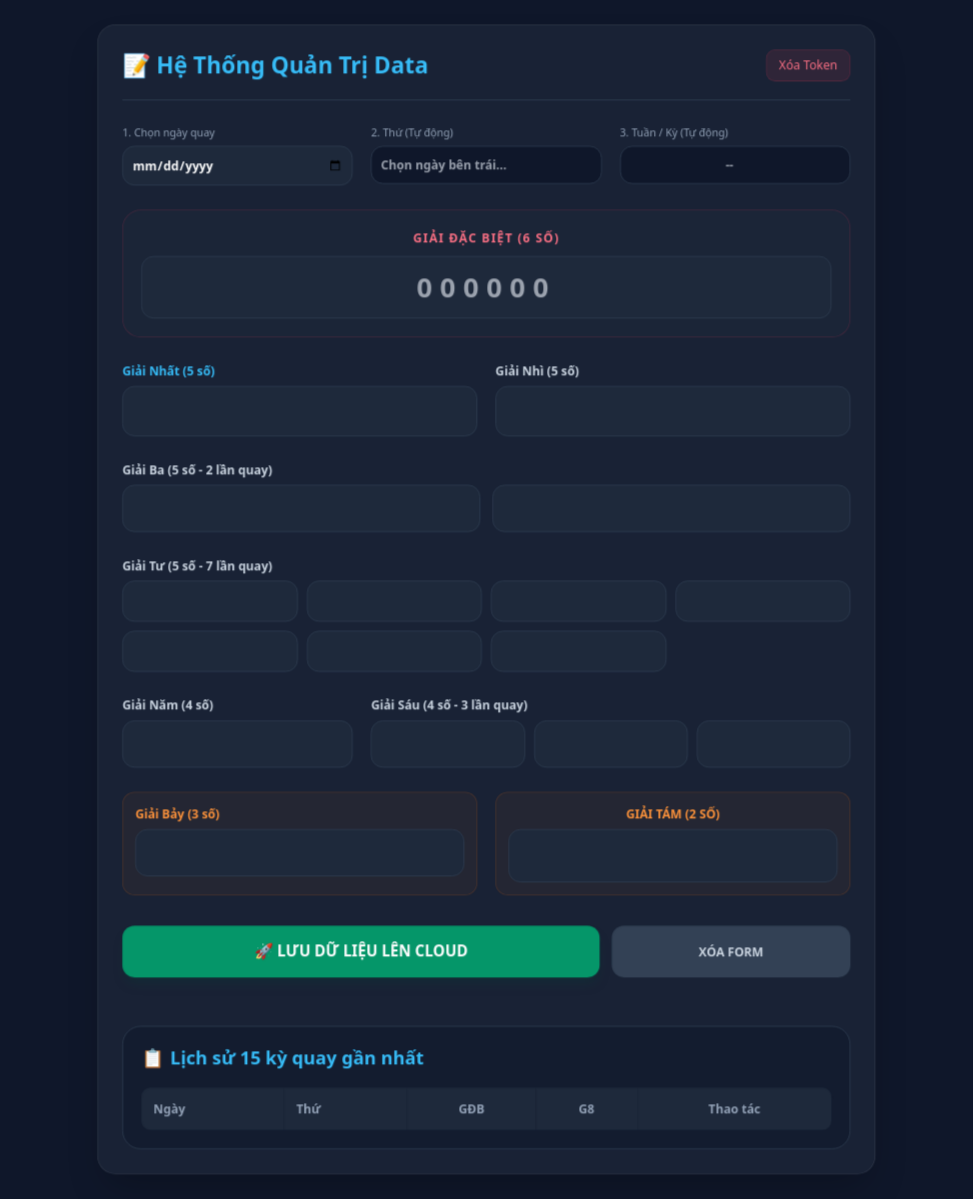
Repository: lannguyen1301/xac-suat-thong-ke-finally
Page: admin.html
An editor plug-in stored every save of this project. The page is shown before and after a run of saves, followed by the edit.
The browser window is 1280 px wide. The pictures show the whole page, at 76% of full size.
Some web libraries are served in a nearby version.

Above is the page before, as saved 2026-05-04 22:28:46.

### admin.html
<!DOCTYPE html>
<html lang="vi">

<head>
    <meta charset="UTF-8" />
    <meta name="viewport" content="width=device-width, initial-scale=1.0" />
    <title>Admin - Nhập Kết Quả Xổ Số TP.HCM</title>
    <script src="https://cdn.tailwindcss.com"></script>
    <style>
        body {
            background: #0f172a;
            color: #f1f5f9;
        }

        .glass-card {
            background: rgba(30, 41, 59, 0.7);
            backdrop-filter: blur(10px);
            border: 1px solid rgba(255, 255, 255, 0.1);
        }

        .input-focus:focus {
            border-color: #38bdf8;
            box-shadow: 0 0 0 3px rgba(56, 189, 248, 0.2);
        }

        input,
        select {
            background: #1e293b !important;
            color: white !important;
            border: 1px solid #334155 !important;
        }

        input[readonly] {
            background: #0f172a !important;
            color: #94a3b8 !important;
            cursor: not-allowed;
        }
    </style>
</head>

<body class="p-4 md:p-8">

    <div class="max-w-5xl mx-auto glass-card rounded-3xl shadow-2xl p-8">
        <div class="flex justify-between items-center mb-8 border-b border-slate-700 pb-6">
            <h1 class="text-3xl font-bold text-sky-400">📝 Hệ Thống Quản Trị Data</h1>
            <button onclick="clearToken()"
                class="px-4 py-2 bg-rose-500/10 text-rose-400 border border-rose-500/20 rounded-xl hover:bg-rose-500 hover:text-white transition">
                Xóa Token
            </button>
        </div>

        <!-- Section 1: Thông tin thời gian -->
        <div class="grid grid-cols-1 md:grid-cols-3 gap-6 mb-8">
            <div>
                <label class="block text-sm font-medium text-slate-400 mb-2">1. Chọn ngày quay</label>
                <input id="date" type="date" class="w-full p-3 rounded-2xl input-focus font-bold">
            </div>
            <div>
                <label class="block text-sm font-medium text-slate-400 mb-2">2. Thứ (Tự động)</label>
                <input id="dayOfWeek" type="text" readonly placeholder="Chọn ngày bên trái..."
                    class="w-full p-3 rounded-2xl font-bold text-emerald-400">
            </div>
            <div>
                <label class="block text-sm font-medium text-slate-400 mb-2">3. Tuần / Kỳ (Tự động)</label>
                <input id="week" type="number" readonly placeholder="--"
                    class="w-full p-3 rounded-2xl font-bold text-sky-400 text-center">
            </div>
        </div>

        <div class="space-y-8">
            <!-- Giải Đặc Biệt -->
            <div class="bg-slate-800/50 p-6 rounded-3xl border border-rose-500/20">
                <label class="block font-semibold text-rose-400 mb-3 text-center uppercase tracking-widest">Giải Đặc
                    Biệt (6 số)</label>
                <input id="GDB" maxlength="6" placeholder="000000"
                    class="w-full p-5 text-4xl text-center font-black text-rose-500 border-2 border-rose-500/30 rounded-2xl input-focus tracking-[10px]">
            </div>

            <div class="grid grid-cols-1 md:grid-cols-2 gap-6">
                <div>
                    <label class="block font-semibold text-sky-400 mb-2">Giải Nhất (5 số)</label>
                    <input id="G1" maxlength="5"
                        class="w-full p-4 text-2xl text-center font-bold border-2 border-sky-500/30 rounded-2xl input-focus">
                </div>
                <div>
                    <label class="block font-semibold text-slate-300 mb-2">Giải Nhì (5 số)</label>
                    <input id="G2" maxlength="5"
                        class="w-full p-4 text-2xl text-center font-bold border rounded-2xl input-focus">
                </div>
            </div>

            <!-- Giải Ba -->
            <div>
                <label class="block font-semibold text-slate-300 mb-2">Giải Ba (5 số - 2 lần quay)</label>
                <div class="grid grid-cols-2 gap-4">
                    <input class="G3 p-4 text-center font-bold border rounded-2xl input-focus text-xl" maxlength="5">
                    <input class="G3 p-4 text-center font-bold border rounded-2xl input-focus text-xl" maxlength="5">
                </div>
            </div>

            <!-- Giải Tư -->
            <div>
                <label class="block font-semibold text-slate-300 mb-2">Giải Tư (5 số - 7 lần quay)</label>
                <div class="grid grid-cols-2 md:grid-cols-4 gap-3">
                    <input class="G4 p-3 text-center font-bold border rounded-2xl input-focus text-lg" maxlength="5">
                    <input class="G4 p-3 text-center font-bold border rounded-2xl input-focus text-lg" maxlength="5">
                    <input class="G4 p-3 text-center font-bold border rounded-2xl input-focus text-lg" maxlength="5">
                    <input class="G4 p-3 text-center font-bold border rounded-2xl input-focus text-lg" maxlength="5">
                    <input class="G4 p-3 text-center font-bold border rounded-2xl input-focus text-lg" maxlength="5">
                    <input class="G4 p-3 text-center font-bold border rounded-2xl input-focus text-lg" maxlength="5">
                    <input class="G4 p-3 text-center font-bold border rounded-2xl input-focus text-lg" maxlength="5">
                </div>
            </div>

            <div class="grid grid-cols-1 md:grid-cols-3 gap-6">
                <div>
                    <label class="block font-semibold text-slate-300 mb-2">Giải Năm (4 số)</label>
                    <input id="G5" maxlength="4"
                        class="w-full p-4 text-center font-bold border rounded-2xl input-focus text-xl">
                </div>
                <div class="md:col-span-2">
                    <label class="block font-semibold text-slate-300 mb-2">Giải Sáu (4 số - 3 lần quay)</label>
                    <div class="grid grid-cols-3 gap-3">
                        <input class="G6 p-4 text-center font-bold border rounded-2xl input-focus text-xl"
                            maxlength="4">
                        <input class="G6 p-4 text-center font-bold border rounded-2xl input-focus text-xl"
                            maxlength="4">
                        <input class="G6 p-4 text-center font-bold border rounded-2xl input-focus text-xl"
                            maxlength="4">
                    </div>
                </div>
            </div>

            <div class="grid grid-cols-2 gap-6">
                <div class="bg-orange-500/5 p-4 rounded-2xl border border-orange-500/20">
                    <label class="block font-semibold text-orange-400 mb-2">Giải Bảy (3 số)</label>
                    <input id="G7" maxlength="3"
                        class="w-full p-4 text-center font-bold border border-orange-500/30 rounded-2xl input-focus text-xl">
                </div>
                <div class="bg-orange-500/5 p-4 rounded-2xl border border-orange-500/20">
                    <label class="block font-semibold text-orange-400 mb-2 text-center uppercase">Giải Tám (2
                        số)</label>
                    <input id="G8" maxlength="2"
                        class="w-full p-4 text-center font-black text-orange-500 border-2 border-orange-500/30 rounded-2xl input-focus text-3xl">
                </div>
            </div>
        </div>

        <div class="mt-10 flex flex-col md:flex-row gap-4">
            <button onclick="saveResult()" id="save-btn"
                class="flex-[2] bg-emerald-600 hover:bg-emerald-500 text-white py-5 rounded-2xl text-xl font-black transition-all shadow-lg shadow-emerald-900/20 active:scale-95">
                🚀 LƯU DỮ LIỆU LÊN CLOUD
            </button>
            <button onclick="clearForm()"
                class="flex-1 bg-slate-700 hover:bg-slate-600 text-slate-300 rounded-2xl font-bold transition-colors">
                XÓA FORM
            </button>
        </div>

        <!-- Bảng lịch sử -->
        <div class="mt-16 bg-slate-900/50 rounded-3xl p-6 border border-slate-700">
            <h2 class="text-2xl font-bold mb-6 text-sky-400 flex items-center">
                <span class="mr-2">📋</span> Lịch sử 15 kỳ quay gần nhất
            </h2>
            <div class="overflow-x-auto rounded-xl">
                <table class="w-full border-collapse" id="history-table">
                    <thead class="bg-slate-800">
                        <tr>
                            <th class="p-4 text-left text-slate-400">Ngày</th>
                            <th class="p-4 text-left text-slate-400">Thứ</th>
                            <th class="p-4 text-center text-slate-400">GĐB</th>
                            <th class="p-4 text-center text-slate-400">G8</th>
                            <th class="p-4 text-center text-slate-400">Thao tác</th>
                        </tr>
                    </thead>
                    <tbody id="table-body" class="divide-y divide-slate-800"></tbody>
                </table>
            </div>
        </div>
    </div>

    <script src="admin-logic.js"></script>
</body>

</html>

### admin-logic.js
document.addEventListener("DOMContentLoaded", function () {
    // 1. Kiểm tra sự tồn tại của các thành phần
    const elements = {
        date: document.getElementById("date"),
        thu: document.getElementById("thu"),
        tuan: document.getElementById("tuan"),
        saveBtn: document.getElementById("save-btn"),
    };

    // Báo lỗi nếu thiếu ID trong HTML
    for (const [key, el] of Object.entries(elements)) {
        if (!el) {
            console.error(
                `❌ LỖI: Không tìm thấy ID "${key === "saveBtn" ? "save-btn" : key}" trong file HTML!`,
            );
        }
    }

    // 2. Logic tự động tính Thứ/Tuần
    if (elements.date) {
        elements.date.addEventListener("change", function () {
            const dateVal = this.value;
            if (!dateVal) return;

            const dateObj = new Date(dateVal);

            // Cập nhật Thứ
            if (elements.thu) {
                const days = [
                    "Chủ Nhật",
                    "Thứ Hai",
                    "Thứ Ba",
                    "Thứ Tư",
                    "Thứ Năm",
                    "Thứ Sáu",
                    "Thứ Bảy",
                ];
                elements.thu.value = days[dateObj.getDay()];
            }

            // Cập nhật Tuần
            if (elements.tuan) {
                const startOfYear = new Date(dateObj.getFullYear(), 0, 1);
                const pastDaysOfYear = (dateObj - startOfYear) / 86400000;
                const weekNum = Math.ceil(
                    (pastDaysOfYear + startOfYear.getDay() + 1) / 7,
                );
                elements.tuan.value = weekNum;
            }
            console.log("✅ Đã tính xong Thứ/Tuần cho:", dateVal);
        });
    }

    // 3. Logic Lưu dữ liệu
    if (elements.saveBtn) {
        elements.saveBtn.addEventListener("click", async function (e) {
            e.preventDefault();
            console.log("🚀 Đang khởi động quy trình lưu...");

            if (!elements.date || !elements.date.value) {
                alert("Bấy bề chưa chọn ngày quay kìa!");
                return;
            }

            // Gọi hàm lưu chính của bấy bề
            if (typeof updateGitHubData === "function") {
                try {
                    elements.saveBtn.disabled = true;
                    elements.saveBtn.innerText = "⌛ ĐANG KẾT NỐI...";

                    // Lấy dữ liệu từ các ô giải thưởng (Dùng querySelector để an toàn hơn)
                    const getVal = (id) => {
                        const el = document.getElementById(id);
                        return el ? el.value : "";
                    };

                    const payload = {
                        date: elements.date.value,
                        thu: elements.thu ? elements.thu.value : "",
                        tuan: elements.tuan ? parseInt(elements.tuan.value) : 0,
                        gdb: getVal("gdb"),
                        g8: getVal("g8"),
                        // Thêm các giải khác ở đây nếu cần bấy bề nhé
                    };

                    await updateGitHubData(payload);

                    elements.saveBtn.disabled = false;
                    elements.saveBtn.innerText = "🚀 LƯU DỮ LIỆU LÊN CLOUD";
                } catch (err) {
                    console.error("Lỗi API:", err);
                    alert("Lỗi rồi bấy bề ơi: " + err.message);
                    elements.saveBtn.disabled = false;
                    elements.saveBtn.innerText = "🚀 THỬ LẠI";
                }
            } else {
                alert(
                    "Không tìm thấy hàm 'updateGitHubData'. Bấy bề kiểm tra lại file script kết nối nhé!",
                );
            }
        });
    }
});

After the next 2 saves:
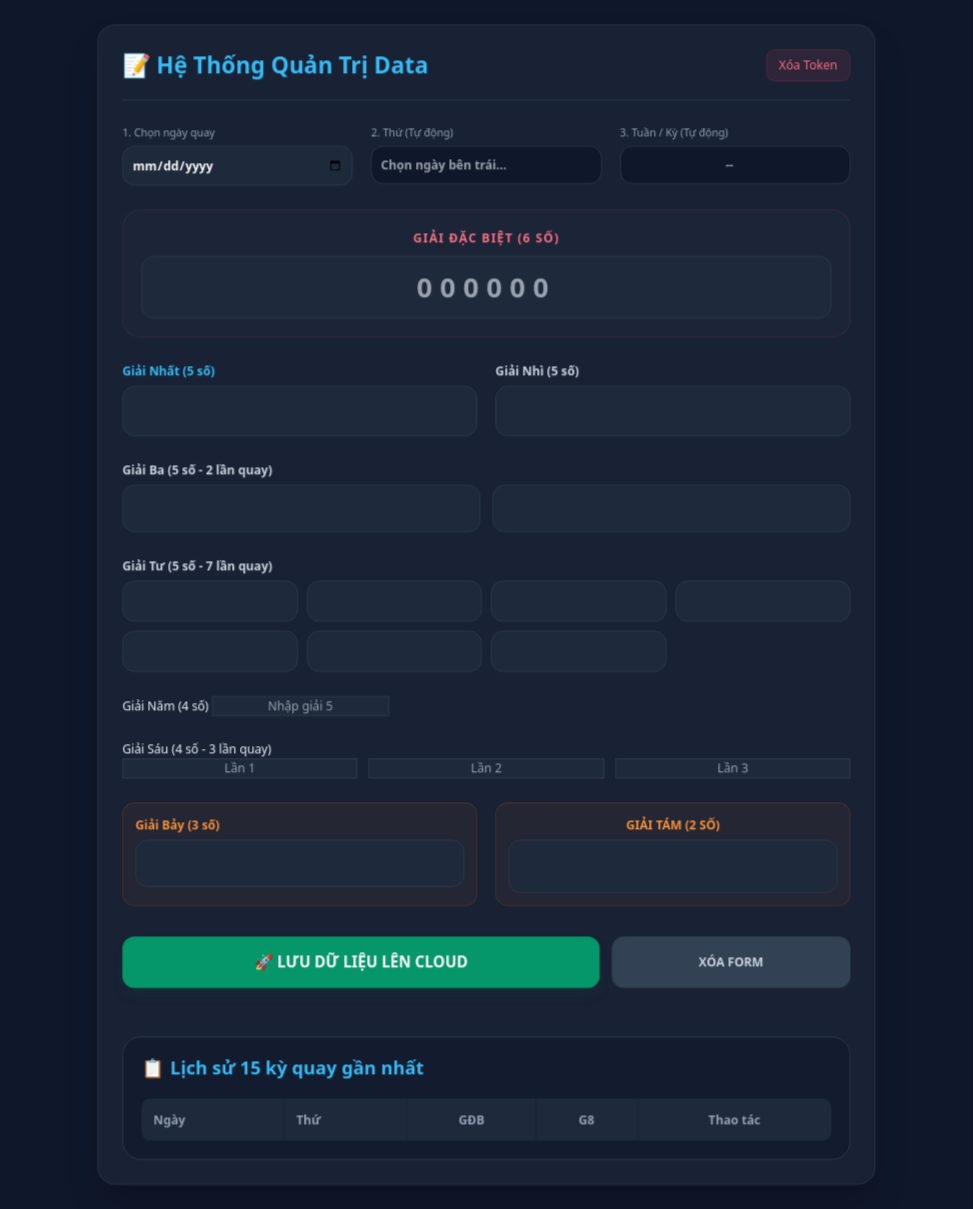
The 2 saves are shown as one change because they came seconds apart.
The last was saved 42 s later.
--- a/admin.html
+++ b/admin.html
@@ -112,7 +112,7 @@
                 </div>
             </div>
 
-            <div class="grid grid-cols-1 md:grid-cols-3 gap-6">
+            <!-- <div class="grid grid-cols-1 md:grid-cols-3 gap-6">
                 <div>
                     <label class="block font-semibold text-slate-300 mb-2">Giải Năm (4 số)</label>
                     <input id="G5" maxlength="4"
@@ -128,6 +128,24 @@
                         <input class="G6 p-4 text-center font-bold border rounded-2xl input-focus text-xl"
                             maxlength="4">
                     </div>
+                </div>
+            </div> -->
+
+
+            <!-- Giải Năm giữ nguyên vị trí cũ (ví dụ đang nằm chung hàng với giải khác) -->
+            <div class="col-md-6 mb-3">
+                <label class="form-label text-warning">Giải Năm (4 số)</label>
+                <input type="text" id="g5" class="form-control text-center" placeholder="Nhập giải 5">
+            </div>
+
+            <!-- TÁCH RIÊNG GIẢI SÁU RA MỘT HÀNG MỚI HOÀN TOÀN -->
+            <div class="col-12 mb-4 mt-2">
+                <label class="form-label text-warning" style="display: block; width: 100%;">Giải Sáu (4 số - 3 lần
+                    quay)</label>
+                <div style="display: grid; grid-template-columns: 1fr 1fr 1fr; gap: 15px;">
+                    <input type="text" id="g6_1" class="form-control text-center" placeholder="Lần 1">
+                    <input type="text" id="g6_2" class="form-control text-center" placeholder="Lần 2">
+                    <input type="text" id="g6_3" class="form-control text-center" placeholder="Lần 3">
                 </div>
             </div>
 

After the save that followed:
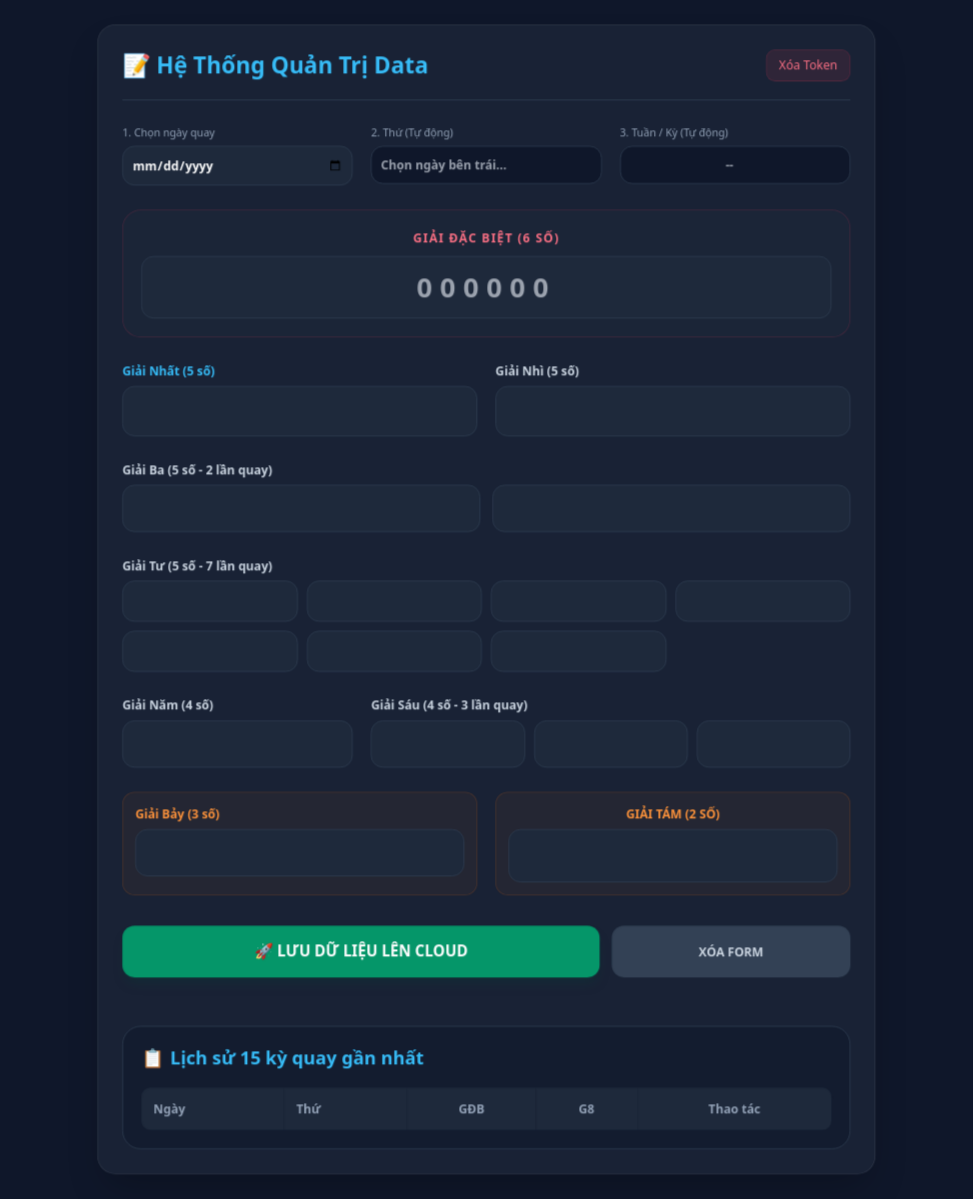
Saved 4 min 36 s later.
--- a/admin.html
+++ b/admin.html
@@ -112,7 +112,7 @@
                 </div>
             </div>
 
-            <!-- <div class="grid grid-cols-1 md:grid-cols-3 gap-6">
+            <div class="grid grid-cols-1 md:grid-cols-3 gap-6">
                 <div>
                     <label class="block font-semibold text-slate-300 mb-2">Giải Năm (4 số)</label>
                     <input id="G5" maxlength="4"
@@ -129,25 +129,10 @@
                             maxlength="4">
                     </div>
                 </div>
-            </div> -->
+            </div>
 
 
-            <!-- Giải Năm giữ nguyên vị trí cũ (ví dụ đang nằm chung hàng với giải khác) -->
-            <div class="col-md-6 mb-3">
-                <label class="form-label text-warning">Giải Năm (4 số)</label>
-                <input type="text" id="g5" class="form-control text-center" placeholder="Nhập giải 5">
-            </div>
 
-            <!-- TÁCH RIÊNG GIẢI SÁU RA MỘT HÀNG MỚI HOÀN TOÀN -->
-            <div class="col-12 mb-4 mt-2">
-                <label class="form-label text-warning" style="display: block; width: 100%;">Giải Sáu (4 số - 3 lần
-                    quay)</label>
-                <div style="display: grid; grid-template-columns: 1fr 1fr 1fr; gap: 15px;">
-                    <input type="text" id="g6_1" class="form-control text-center" placeholder="Lần 1">
-                    <input type="text" id="g6_2" class="form-control text-center" placeholder="Lần 2">
-                    <input type="text" id="g6_3" class="form-control text-center" placeholder="Lần 3">
-                </div>
-            </div>
 
             <div class="grid grid-cols-2 gap-6">
                 <div class="bg-orange-500/5 p-4 rounded-2xl border border-orange-500/20">
